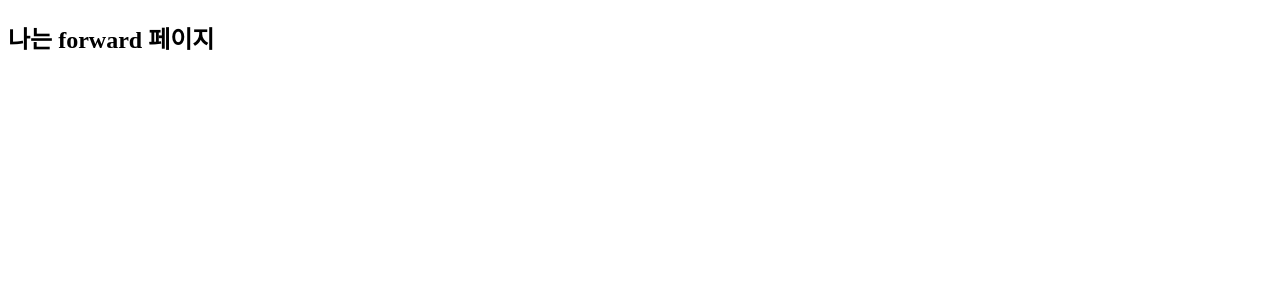
Repository: lhk21go-commits/Jsp2026
Page: http://localhost/chapter01/Request/RequestForward.jsp
These files come from the project's save history. The page is drawn as it stood at one moment and after the next save; the edit follows.
The browser window is 1280 px wide. The pictures show the whole page.
The page is served by Tomcat 9.

Above is the page before, as saved 2026-10-19 06:19:26.

### chapter01/src/main/webapp/Request/RequestForward.jsp
<%@ page language="java" contentType="text/html; charset=UTF-8"
    pageEncoding="UTF-8"%>
<!DOCTYPE html>
<html>
<head>
<meta charset="UTF-8">
<title>Insert title here</title>
</head>
<body>
	<h2> 나는 forward 페이지</h2>

	 <%
	 	request.setCharacterEncoding("utf-8");

	 	// request의 내장 객체에 getParameter("name")메소드를
	 	// 이용하여 form에 입력한 정보를 꺼내올 수 있다.
	 	// 단, request.getParameter("name")의 반환 데이터타입은 String이다

	 	// id라는 name을 가진 input의 정보를 getParameter()를 통해 꺼내서
	 	// id변수에 저장한다.
	 	String id = request.getParameter("id");
	 	String pass = request.getParameter("pass");
	 %>

</body>
</html>

After the next save:
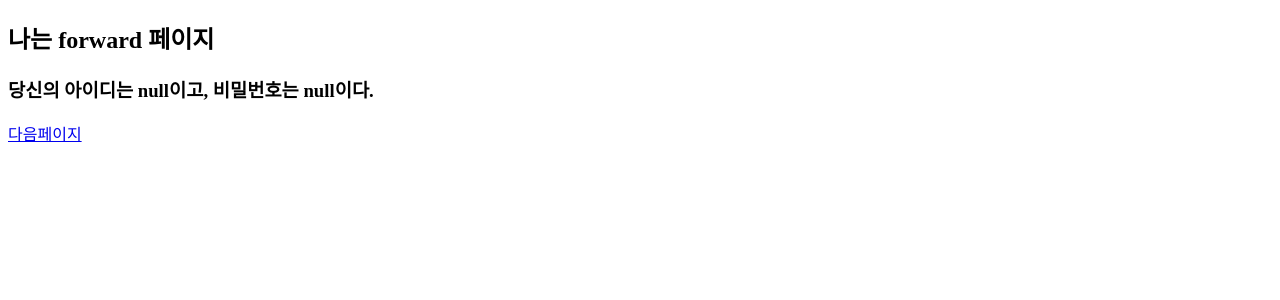
Saved 61 s later.
--- a/chapter01/src/main/webapp/Request/RequestForward.jsp
+++ b/chapter01/src/main/webapp/Request/RequestForward.jsp
@@ -22,5 +22,9 @@
 	 	String pass = request.getParameter("pass");
 	 %>
 
+	 	<h3>당신의 아이디는 <%= id %>이고, 비밀번호는 <%= pass %>이다.</h3>
+
+	 	<a href="RequestForward.jsp">다음페이지</a>
+
 </body>
 </html>
